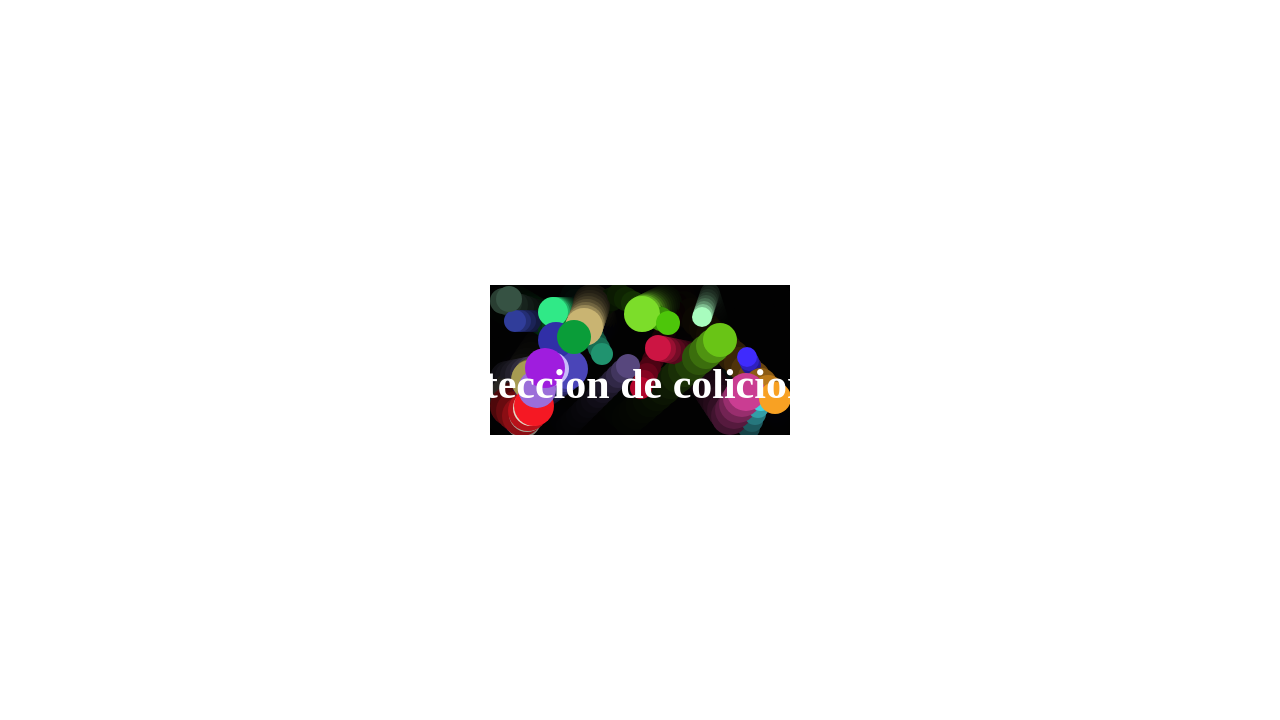
Repository: mvbri/Bouncing-Balls-Animation
Page: index.html
These files come from the project's save history. The page is drawn as it stood at one moment and after the next save; the edit follows.
The browser window is 1280 px wide. The pictures show the whole page.

Above is the page before, as saved 2023-01-15 16:28:56.

After the next save:
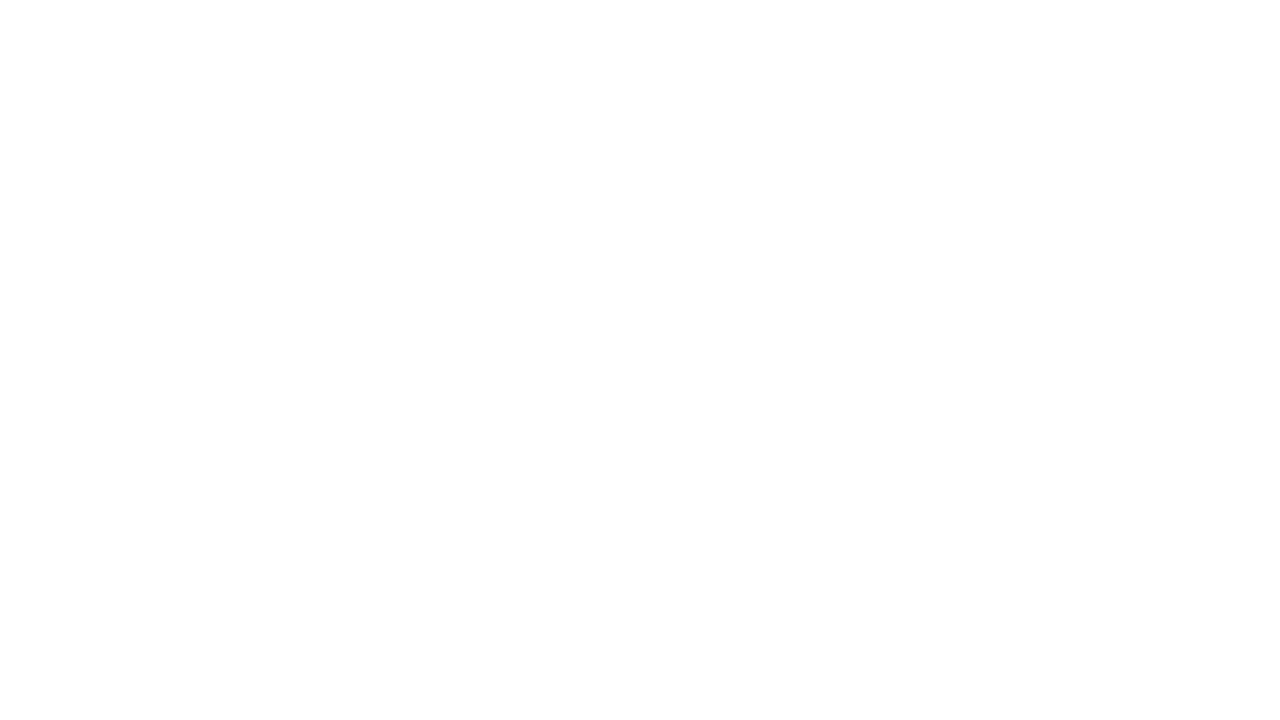
Console error: TypeError: Cannot read properties of undefined (reading 'innerWidth')
Saved 50 s later.
--- a/bouncingBalls.js
+++ b/bouncingBalls.js
@@ -1,7 +1,7 @@
 const canvas = document.querySelector('.canvas');
 const ctx = canvas.getContext('2d');
-const width = canvas.width;
-const height = canvas.height;
+const width = canvas.window.innerWidth;
+const height = canvas.window.innerheight;
 
 window.addEventListener('resize', () => {
 	loop();

After the 3 saves that followed:
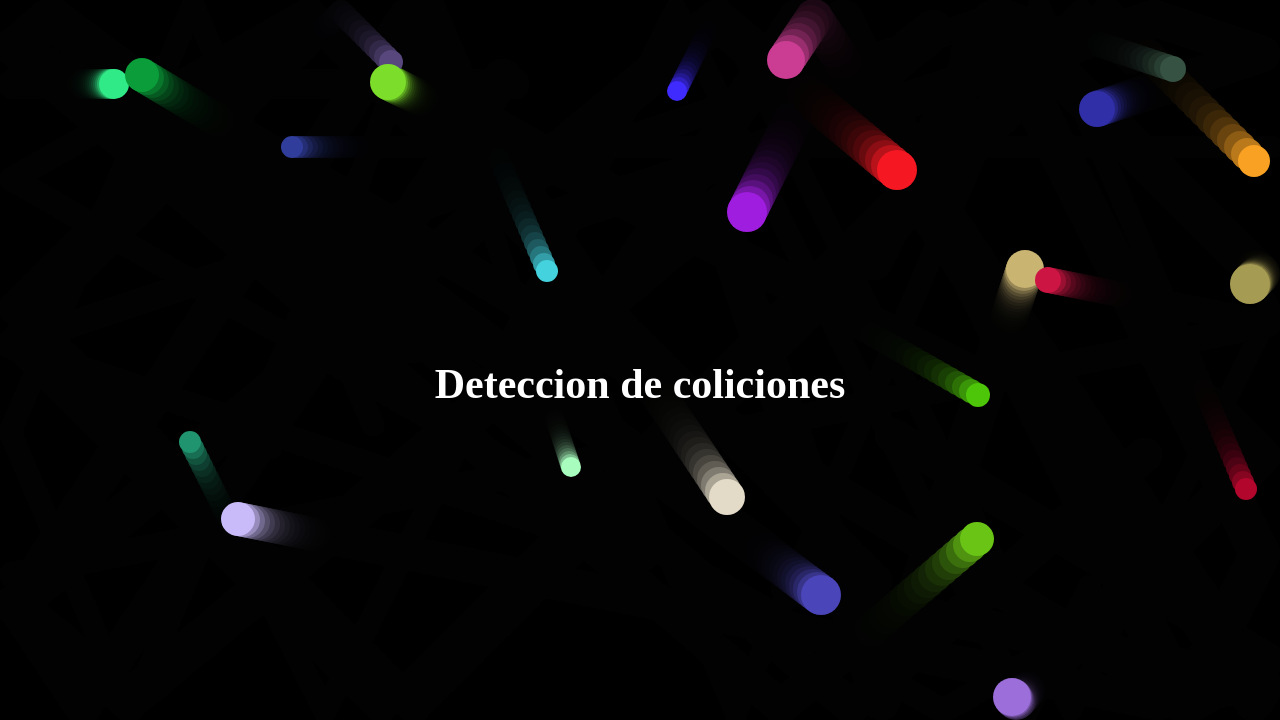
The error is gone.
The 3 saves are shown as one change because 2 left the picture as it was.
The last was saved 54 s later.
--- a/bouncingBalls.js
+++ b/bouncingBalls.js
@@ -1,7 +1,10 @@
 const canvas = document.querySelector('.canvas');
 const ctx = canvas.getContext('2d');
-const width = canvas.window.innerWidth;
-const height = canvas.window.innerheight;
+const width = window.innerWidth;
+const height = window.innerHeight;
+
+canvas.width = width;
+canvas.height = height;
 
 window.addEventListener('resize', () => {
 	loop();
